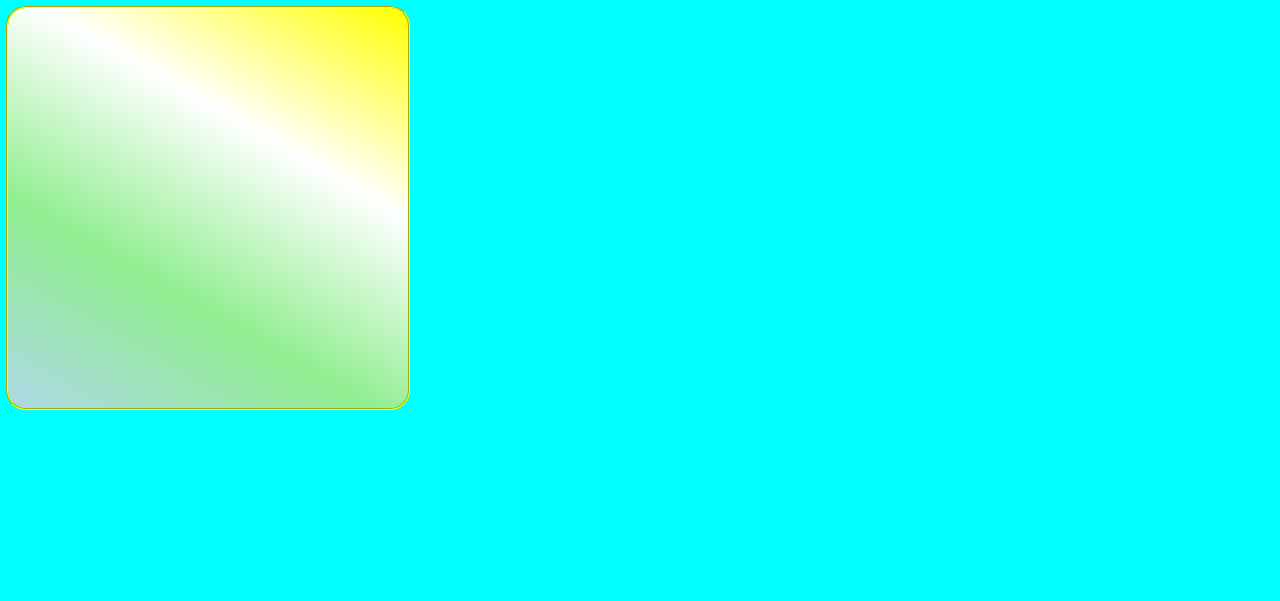
Repository: Amani-Kibet/express-app-web
Page: public/Card.html
The author's editor kept a copy of each file at every save. The page is drawn from the files as they stood at one save, then again after the next save.
The browser window is 1280 px wide. The pictures show the whole page.

Above is the page before, as saved 2025-09-25 21:08:49.

### public/Card.html
<!DOCTYPE html>
<head>
  <title> Login Page</title>
  <style>
  #board{
    background: linear-gradient(30deg, lightblue, lightgreen, white, yellow);
    width: 25rem;
    height: 25rem;
    border-radius: 18px;
    outline: 2px groove yellow;
    position: absolute;
    offset: 20rem
  }
  </style>
</head>
<body bgColor="cyan">
  <div id="board">

  </div>
</body>
<script>
  let input1= document.getElementById("input1");
  let btn1= document.getElementById("btn1");

  function f1(){
    let file= input1.files[0];
    let env= new FormData();
    env.append("image", file)

    fetch("http://localhost:3000/path1", {
      method: "POST",
      body: env
    })
  }


</script>
</html>

After the next save:
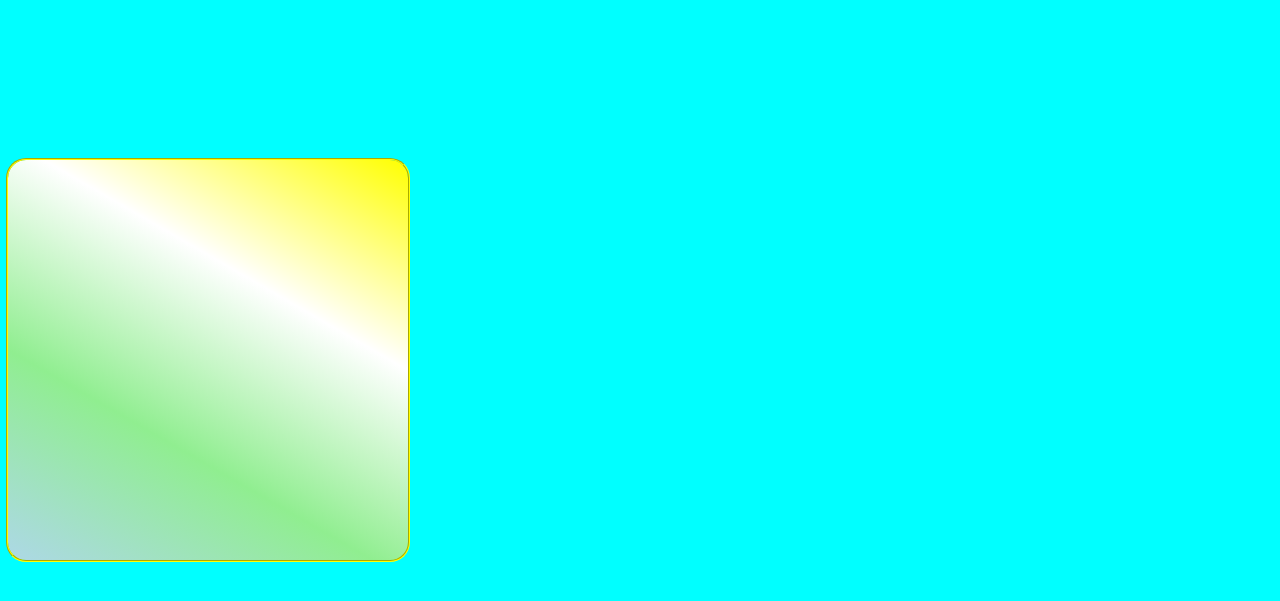
Saved 9 s later.
--- a/public/Card.html
+++ b/public/Card.html
@@ -9,7 +9,7 @@
     border-radius: 18px;
     outline: 2px groove yellow;
     position: absolute;
-    offset: 20rem
+   top: 10rem
   }
   </style>
 </head>
